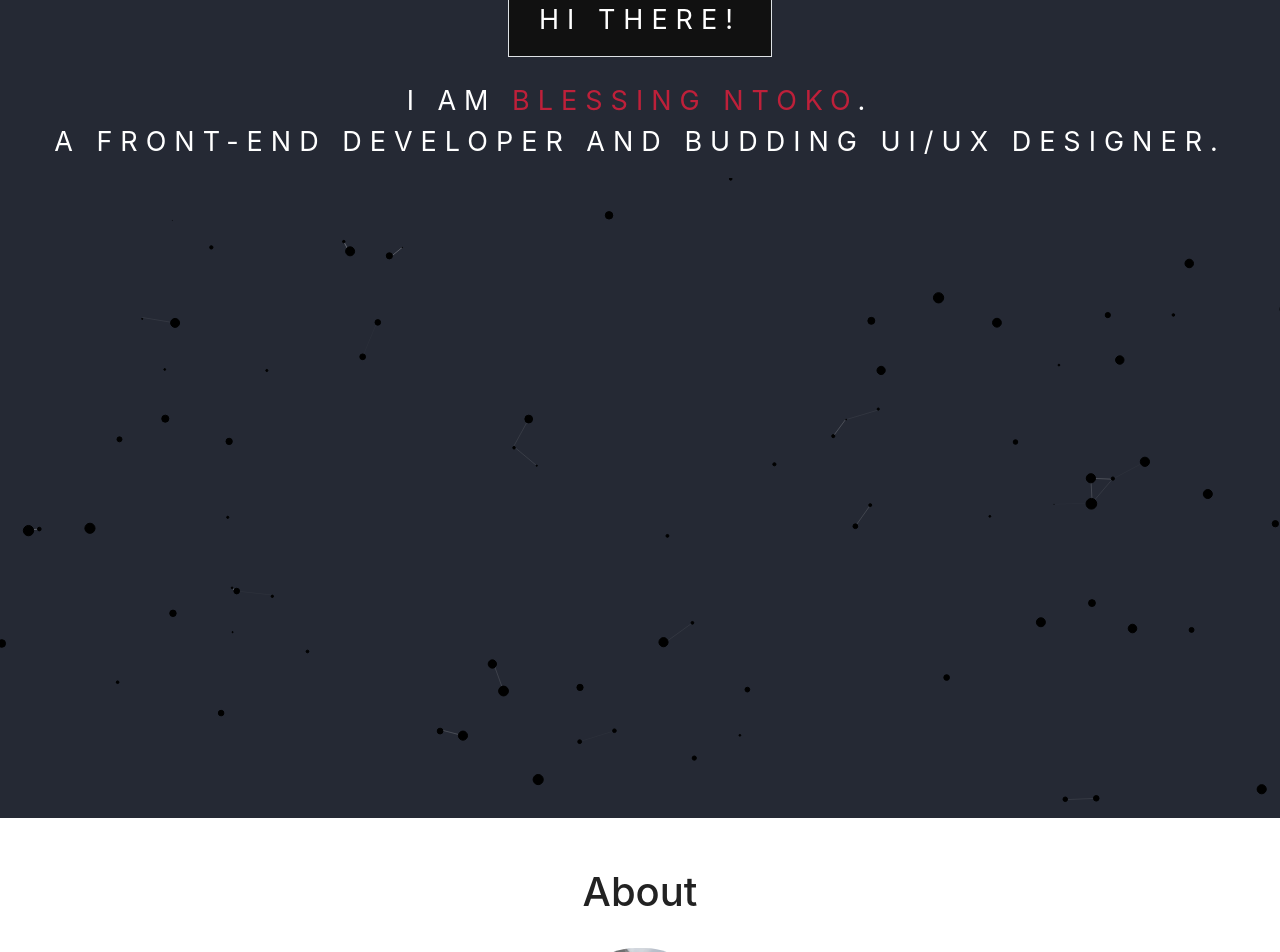
Repository: blessingNtoko/portfolio_noangular
Page: index.html
The author's editor kept a copy of each file at every save. The page is drawn from the files as they stood at one save, then again after the next save.
The browser window is 1280 px wide. The pictures show the part of the page from y = 0 to 952 px (the page is 4498 px tall).
Backgrounds fixed to the window are drawn as part of the page.

Above is the page before, as saved 2020-04-14 19:08:33.

### index.html
<!DOCTYPE html>
<html lang="en">

<head>
    <meta charset="UTF-8">
    <meta name="viewport" content="width=device-width, initial-scale=1.0">
    <meta http-equiv="X-UA-Compatible" content="ie=edge">
    <link rel="stylesheet" href="css/index.css">
    <link rel="stylesheet" href="https://stackpath.bootstrapcdn.com/bootstrap/4.4.1/css/bootstrap.min.css" integrity="sha384-Vkoo8x4CGsO3+Hhxv8T/Q5PaXtkKtu6ug5TOeNV6gBiFeWPGFN9MuhOf23Q9Ifjh" crossorigin="anonymous">
    <script src="https://code.jquery.com/jquery-3.4.1.slim.min.js" integrity="sha384-J6qa4849blE2+poT4WnyKhv5vZF5SrPo0iEjwBvKU7imGFAV0wwj1yYfoRSJoZ+n" crossorigin="anonymous"></script>
    <script src="https://cdn.jsdelivr.net/npm/popper.js@1.16.0/dist/umd/popper.min.js" integrity="sha384-Q6E9RHvbIyZFJoft+2mJbHaEWldlvI9IOYy5n3zV9zzTtmI3UksdQRVvoxMfooAo" crossorigin="anonymous"></script>
    <script src="https://stackpath.bootstrapcdn.com/bootstrap/4.4.1/js/bootstrap.min.js" integrity="sha384-wfSDF2E50Y2D1uUdj0O3uMBJnjuUD4Ih7YwaYd1iqfktj0Uod8GCExl3Og8ifwB6" crossorigin="anonymous"></script>
    <title>Portfolio</title>
</head>

<body>
    <div class="container-fluid">
        <div class="row pimg1" id="particles-js">
            <div class="col ptext">
                <span class="border">
                    Hi There!
                </span><br><br>
                <p>
                    I am <span id="myName">Blessing Ntoko</span>.<br> A Front-end developer and budding UI/UX Designer.
                </p>
            </div>
        </div>
        <section class="section">
            <h1>About</h1><br>
            <div class="infoContain">
                <article class="infoOnMe">
                    <img class="picMe" src="images/me.jpg" alt="Picture of me">
                    <p>Lorem ipsum dolor, sit amet consectetur adipisicing elit. Voluptatum, quasi? Deleniti laudantium ratione fugiat vero dolor repellat magni at sequi quis delectus culpa ipsum accusantium laboriosam, consectetur nostrum necessitatibus
                        libero, assumenda ex cupiditate. Possimus voluptas hic ullam vitae nostrum, voluptate omnis reprehenderit eius laudantium, blanditiis saepe eum fuga odit consequatur tempore modi aliquam. Enim reiciendis velit eum laboriosam dolorum
                        magni!
                    </p>
                </article><br>
                <h2>My Toys</h2>
                <div class="myToys">
                    <img class="toy toy1" src="images/HTML5_1Color_Black.svg" alt="HTML Logo">
                    <img class="toy toy2" src="images/css3.svg" alt="CSS Logo">
                    <img class="toy toy3" src="images/javascript.svg" alt="Javascript Logo">
                    <img class="toy toy4" src="images/AngularJS-Shield.svg" alt="Angular Logo">
                    <img class="toy toy5" src="images/ionic.svg" alt="Ionic Logo">
                    <img class="toy toy6" src="images/gimp-monochrome-logo-D2944540FE-seeklogo.com.png" alt="Gimp Logo">
                    <img class="toy toy7" src="images/inkscape.png" alt="Inkscape Logo">
                    <img class="toy toy7" src="images/node.png" alt="NodeJS Logo">
                </div>
            </div>
        </section>
        <div class="pimg2">
            <div class="ptext">
                <span class="border trans">
                    Image Two text
                </span>
            </div>
        </div>
        <section class="section">
            <h2>Work</h2>
            <p>Take a look at the work that I have done</p><br><br>
            <div class="works">
                <img id="works1" src="images/color.jpg" alt="color">
                <img id="works2" src="images/colorSplash.jpg" alt="colorSplash">
            </div>
        </section>
        <div class="pimg3">
            <div class="ptext">
                <span class="border trans">
                    Image Three text
                </span>
            </div>
        </div>
        <section class="section section-dark contactSection">
            <h2>Contact</h2>
            <form id="contactForm" class="formOfContact">
                <p>Feel free to say hello, I am itching to chat.</p>
                <input type="text" id="formName" placeholder="Name" class="inputs" maxlength="30" required>
                <br />
                <input type="text" id="formEmail" placeholder="Email" class="inputs" maxlength="30" required>
                <br />
                <textarea name="message" id="formMess" cols="30" rows="10" class="inputs" placeholder="Message" maxlength="250" required></textarea>
                <br />
                <input type="submit" id="submit" value="Submit">
            </form>
        </section>
        <div class="pimg1">
            <div class="ptext">
                <span class="border">
                    Have a great day!
                </span>
            </div>
        </div>
    </div>


    <script src="https://cdn.jsdelivr.net/particles.js/2.0.0/particles.min.js"></script>
    <script>
        particlesJS.load('particles-js', 'assets/particles.json', function() {
            console.warn('particles.json loaded...');
        })
    </script>
    <script src="javascript/index.js"></script>
</body>

</html>

### css/index.css
body,
html {
    height: 100%;
    margin: 0;
    padding: 0;
    font-size: 16px;
    font-family: "Lato", sans-serif;
    font-weight: 400;
    line-height: 1.8em;
    color: white;
}

.pimg1,
.pimg2,
.pimg3 {
    position: relative;
    opacity: 1;
    background-position: center;
    background-size: cover;
    background-repeat: no-repeat;
    /* fixed = parallax
        scroll = normal
    */
    background-attachment: fixed;
    transition: all .3s;
}

.pimg1 {
    background-color: #252934;
    min-height: 100vh;
}

.pimg2 {
    background-image: url(https://source.unsplash.com/random/1920x1200);
    min-height: 400px;
    opacity: 0.7;
}

.pimg2:hover {
    opacity: 1;
}

.pimg3 {
    background-image: url(https://source.unsplash.com/random/1920x1080);
    min-height: 400px;
    opacity: 0.7;
}

.pimg3:hover {
    opacity: 1;
}

.section {
    text-align: center;
    padding: 50px 80px;
    background: #fff;
    color: #222;
    height: 100vh;
}

.ptext {
    position: absolute;
    top: 40%;
    width: 100%;
    text-align: center;
    color: white;
    font-size: 27px;
    letter-spacing: 8px;
    text-transform: uppercase;
}

.ptext .border {
    background-color: #111;
    color: #fff;
    padding: 20px 30px;
}

.ptext .border .trans {
    background-color: transparent;
}

#myName {
    color: rgb(190, 32, 58);
}

.infoOnMe {
    display: flex;
    flex-direction: column;
    justify-content: center;
    align-items: center;
    width: 40%;
}

.picMe {
    width: 30%;
    height: 30%;
    opacity: 0.6;
    transition: all .3s;
    border-radius: 60px;
}

.picMe:hover {
    opacity: 1;
}

.infoContain {
    display: flex;
    flex-direction: column;
    justify-content: center;
    align-items: center;
}

.myToys {
    display: flex;
    flex-direction: row;
    justify-content: space-between;
    align-content: center;
    flex-wrap: wrap;
}

.toy {
    width: 10%;
    height: 10%;
    transition: all .3s;
    opacity: 0.5;
}

.toy:hover {
    opacity: 1;
}

.works {
    display: flex;
    flex-direction: row;
    justify-content: center;
    align-items: center;
}

#works1 {
    width: 50%;
    height: 50%;
    opacity: 0.6;
    transition: all .3s;
}

#works2 {
    width: 50%;
    height: 50%;
    opacity: 0.6;
    transition: all .3s;
}

#works1:hover {
    opacity: 1;
}

#works2:hover {
    opacity: 1;
}

.formOfContact {
    display: flex;
    flex-direction: column;
    justify-content: center;
    align-items: center;
    border: 1px solid red;
    width: 50%;
    height: 30em;
    margin-left: 27em;
    margin-top: 12em;
}


/* .formField {
    border: none;
    display: flex;
    flex-direction: column;
    justify-content: center;
    align-items: center;
    width: 9em;
    border: 1px solid black;
    width: 70%;
    line-height: .5em;
} */

.inputs {
    /* margin-left: 23%; */
    width: 50%;
}


/* .contactSection {
    text-align: center;
} */

#submit {
    width: 10em;
    background-color: transparent;
    color: black;
    border: 2px solid black;
    border-radius: 5px;
    font-size: 12pt;
    padding: .5em auto;
    transition: all .3s;
}

#submit:hover {
    background-color: black;
    color: white
}

@media(max-width: 560px) {
    .pimg1,
    .pimg2,
    .pimg3 {
        background-attachment: scroll;
    }
}

### javascript/index.js
const contactForm = document.querySelector('#contactForm');
const formName = document.querySelector('#formName');
const formEmail = document.querySelector('#formEmail');
const formMess = document.querySelector('#formMess');

contactForm.addEventListener('submit', onSubmit);

function onSubmit(e) {
    e.preventDefault();

    const formContact = {
        name: formName.value,
        email: formEmail.value,
        message: formMess.value
    };

    const toJSON = JSON.stringify(formContact);
    console.log('[Contact Form]>>>>', toJSON);
    const base64 = btoa(toJSON);

    const xhr = new XMLHttpRequest();
    xhr.open('POST', 'http://localhost:4177');
    xhr.setRequestHeader("Content-type", "application/json");
    xhr.send(base64);

    contactForm.reset();
}

### assets/particles.json
{
    "particles": {
        "number": {
            "value": 80,
            "density": {
                "enable": true,
                "value_area": 800
            }
        },
        "color": {
            "value": "#000"
        },
        "shape": {
            "type": "circle",
            "stroke": {
                "width": 1,
                "color": "#000"
            },
            "polygon": {
                "nb_sides": 5
            },
            "image": {
                "src": "img/github.svg",
                "width": 100,
                "height": 100
            }
        },
        "opacity": {
            "value": 1,
            "random": false,
            "anim": {
                "enable": false,
                "speed": 1,
                "opacity_min": 0.1,
                "sync": false
            }
        },
        "size": {
            "value": 5,
            "random": true,
            "anim": {
                "enable": true,
                "speed": 30,
                "size_min": 0.1,
                "sync": false
            }
        },
        "line_linked": {
            "enable": true,
            "distance": 40,
            "color": "#ffffff",
            "opacity": 0.4,
            "width": 1
        },
        "move": {
            "enable": true,
            "speed": 6,
            "direction": "none",
            "random": false,
            "straight": false,
            "out_mode": "out",
            "bounce": false,
            "attract": {
                "enable": false,
                "rotateX": 600,
                "rotateY": 1200
            }
        }
    },
    "interactivity": {
        "detect_on": "canvas",
        "events": {
            "onhover": {
                "enable": true,
                "mode": "repulse"
            },
            "onclick": {
                "enable": true,
                "mode": "push"
            },
            "resize": true
        },
        "modes": {
            "grab": {
                "distance": 400,
                "line_linked": {
                    "opacity": 1
                }
            },
            "bubble": {
                "distance": 400,
                "size": 40,
                "duration": 2,
                "opacity": 0.8,
                "speed": 3
            },
            "repulse": {
                "distance": 150,
                "duration": 0.4
            },
            "push": {
                "particles_nb": 50
            },
            "remove": {
                "particles_nb": 2
            }
        }
    },
    "retina_detect": true
}

After the next save:
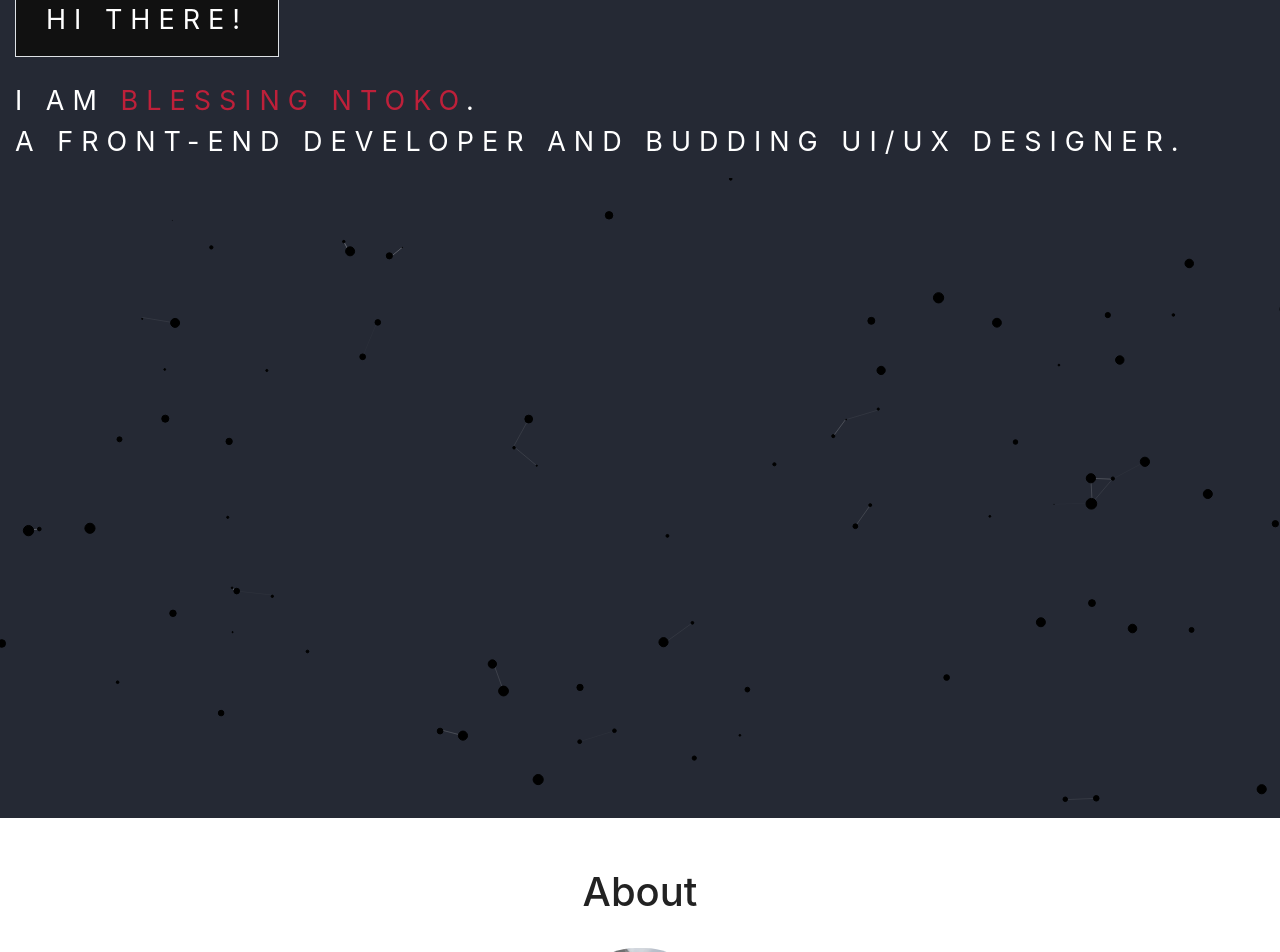
Saved 112 s later.
--- a/css/index.css
+++ b/css/index.css
@@ -59,10 +59,10 @@
 }
 
 .ptext {
-    position: absolute;
-    top: 40%;
+    /* position: absolute; */
+    /* top: 40%; */
     width: 100%;
-    text-align: center;
+    /* text-align: center; */
     color: white;
     font-size: 27px;
     letter-spacing: 8px;
